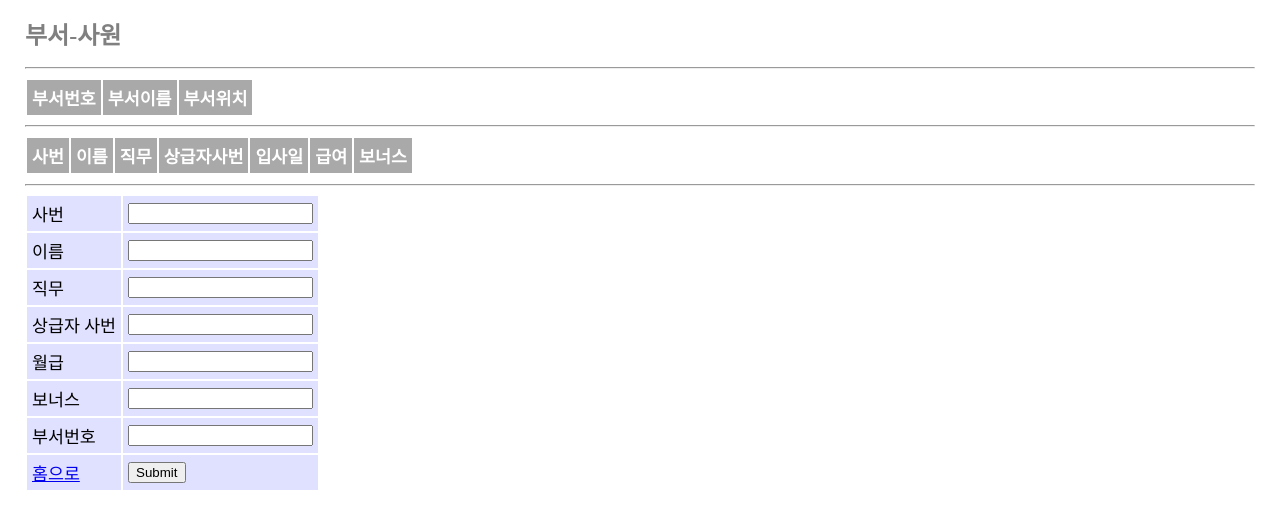
Repository: xlwpdlkim0417/STS4
Page: http://localhost/_sb0322-1/WEB-INF/views/root.jsp
The author's editor kept a copy of each file at every save. The page is drawn from the files as they stood at one save, then again after the next save.
The browser window is 1280 px wide. The pictures show the whole page.
The page is served by Tomcat 9. Nobody is signed in. The template is opened directly, without the code that normally fills it, so the values that code supplies are empty.

Above is the page before, as saved 2024-03-22 08:37:05.

After the next save:
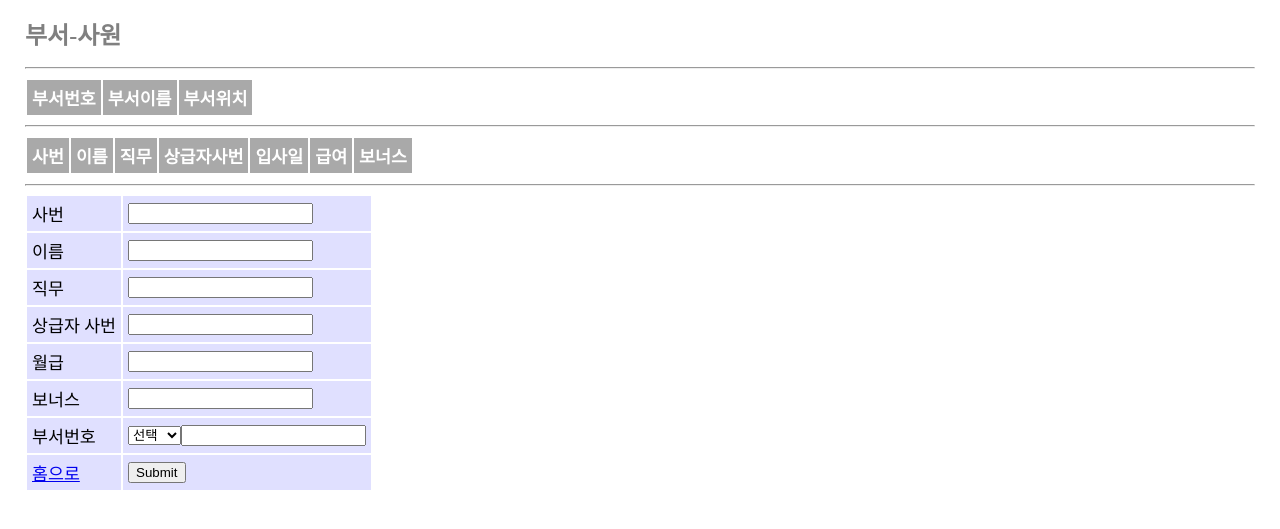
Saved 2 min 53 s later.
--- a/_sb0322-1/src/main/webapp/WEB-INF/views/root.jsp
+++ b/_sb0322-1/src/main/webapp/WEB-INF/views/root.jsp
@@ -109,7 +109,13 @@ td {
 			</tr>
 			<tr>
 				<td><label for="detpno">부서번호</label></td>
-				<td><input type="text" name="deptno" /></td>
+				<td><select id="selectBox">
+		<option value="" selected disabled>선택</option>
+		<option value="list">list</option>
+		<option value="root">root</option>
+		<option value="root2">root2</option>
+				<input type="text" name="deptno" />
+				</td>
 			</tr>
 			<tr>
 				<td><a href="/">홈으로</a></td>
